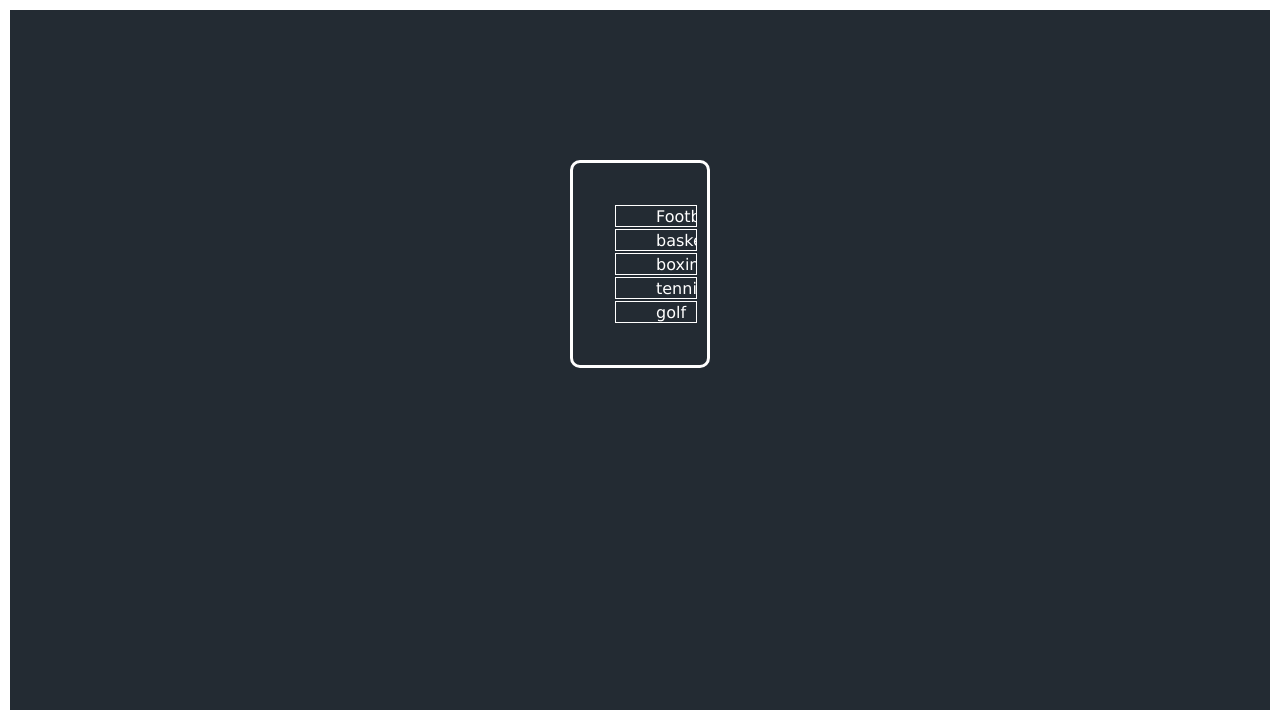
Repository: wakoya-tech/react-project
Page: Desktop/shaakala/aschu/index.html
These files come from the project's save history. The page is drawn as it stood at one moment and after the next save; the edit follows.
The browser window is 1280 px wide. The pictures show the whole page.

Above is the page before, as saved 2025-08-29 20:48:47.

### Desktop/shaakala/aschu/index.html
<!DOCTYPE html>
<html lang="en">
<head>
    <meta charset="UTF-8">
    <meta name="viewport" content="width=device-width, initial-scale=1.0">
    <title>Document</title>
</head>
<style>
    *{
        box-sizing: border-box;
        margin: 0;
        padding: 0;
    }
    body {
        background-color: rgb(35, 43, 51);
      border: 10px solid white;
      margin: 0;
      padding: 0;
      height: 100vh;
    }
    .container{
        font-family: Verdana, Geneva, Tahoma, sans-serif;
        color: white;
        background: none;
        align-content: center;
        text-align: center;
        justify-content: center;
        align-content: center;
        border: 3px solid white;
        margin: 150px 560px 150px 560px;
        padding: 40px;
        border-radius: 10px;
    }

.list-items{
    align-content: center;
    text-align: center;
    align-items: center;
    border: 1px solid white;
     padding: 1px;
     margin: 2px;
    padding: 1px 40px 0px 40px;
    overflow: hidden;
}
</style>
<body>
    <div class="container">
        <ul class="lists">
            <li class="list-items">Football</li>
            <li class="list-items">basketball</li>
            <li class="list-items">boxing</li>
            <li class="list-items">tennis</li>
            <li class="list-items">golf</li>
        </ul>
    </div>
</body>
</html>

After the next save:
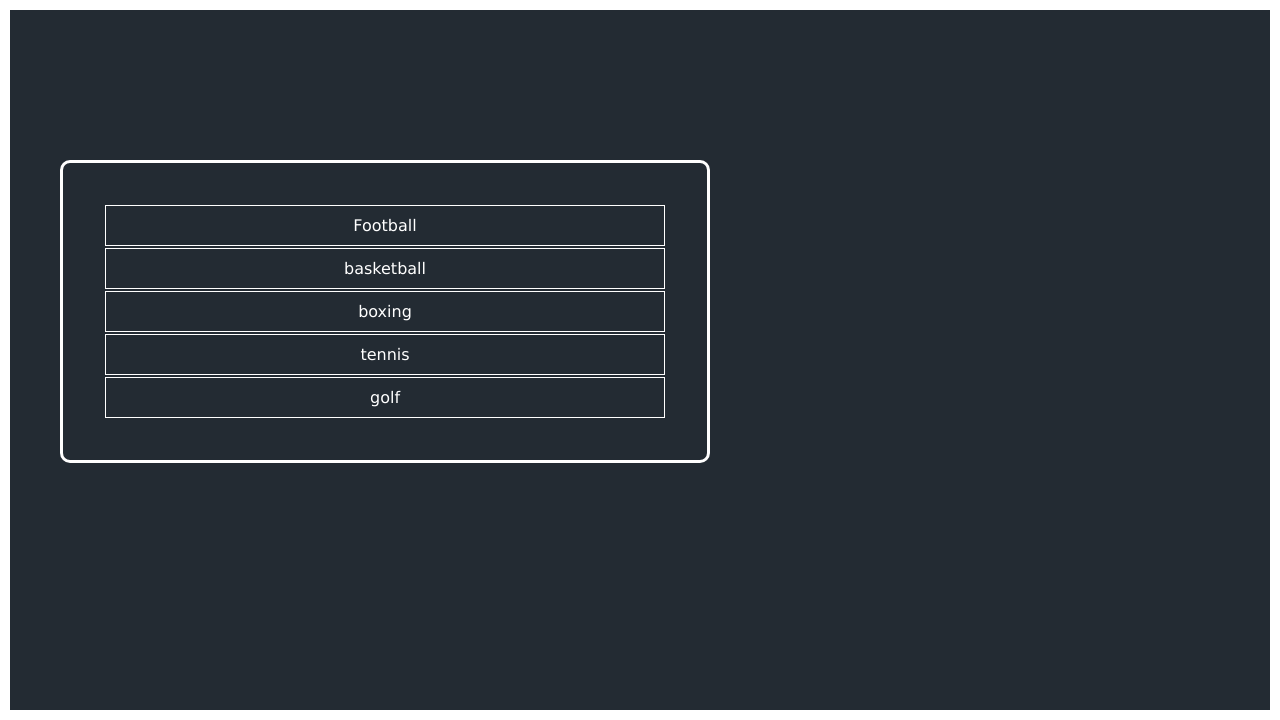
Saved 34 s later.
--- a/Desktop/shaakala/aschu/index.html
+++ b/Desktop/shaakala/aschu/index.html
@@ -27,7 +27,7 @@
         justify-content: center;
         align-content: center;
         border: 3px solid white;
-        margin: 150px 560px 150px 560px;
+        margin: 150px 560px 150px 50px;
         padding: 40px;
         border-radius: 10px;
     }
@@ -37,9 +37,9 @@
     text-align: center;
     align-items: center;
     border: 1px solid white;
-     padding: 1px;
+     padding: 10px;
      margin: 2px;
-    padding: 1px 40px 0px 40px;
+    padding: 10px 40px 10px 40px;
     overflow: hidden;
 }
 </style>
